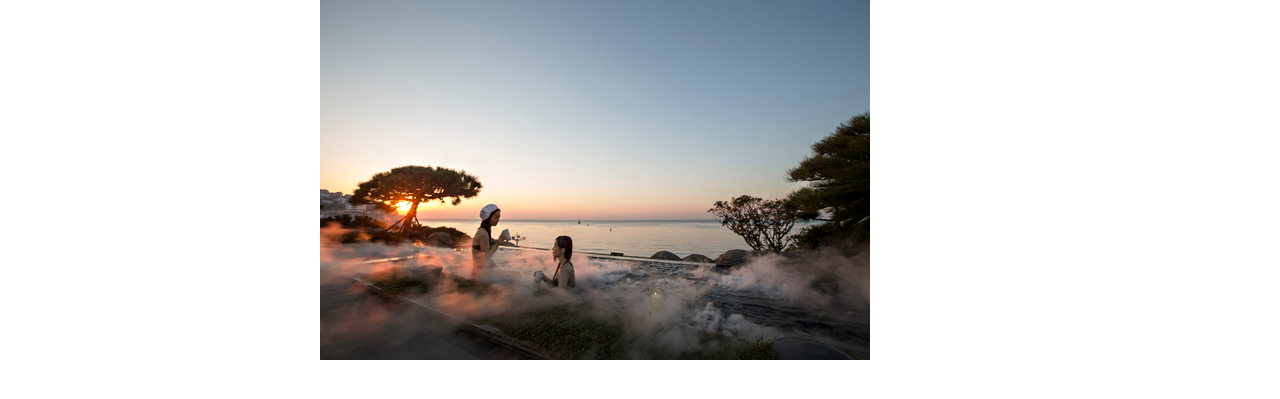
Repository: IreneCho/sk
Page: jqueryTest/WebContent/20160812/imageslide.html
An editor plug-in stored every save of this project. The page is shown before and after the next save, followed by the edit.
The browser window is 1280 px wide. The pictures show the whole page.
After loading, the first visible `#next` was clicked once.
Some web libraries are served in a nearby version.

Above is the page before, as saved 2016-08-12 08:36:38.

### jqueryTest/WebContent/20160812/imageslide.html

<!DOCTYPE HTML>
<html lang="en-US">
<head>
<meta charset="UTF-8">
<title></title>

<style type="text/css">
* {
	margin: 0;
	padding: 0;
}

ul, li {
	list-style: none;
}

#wrap {
	margin: 0 auto;
	width: 640px;
	height: 360px;
	overflow: hidden;
	position: relative;
}

#slideConteiner {
	width: 5120px;
	position: absolute;
	-webkit-transition: all 1.0s ease-in-out;
	-moz-transition: all 1.0s ease-in-out;
	-o-transition: all 1.0s ease-in-out;
}

#slideConteiner img {
	float: left;
}

#slideBar {
	position: relative;
	margin: 20px auto;
	width: 125px;
}

#slideBar a {
	float: left;
	width: 15px;
	height: 15px;
	background: url(imgs/dots.png) no-repeat;
}

#slideBar a.active {
	background-position: 0 -30px;
}
</style>
</head>
<body>
	<div id="wrap">
		<div id="slideConteiner">
			<img src="image/img4.jpg"id="imgTag" alt="" />
		</div>
		<button type="button" id="next"></button>
		<button type="button" id="pre"></button>
	</div>
	<script src="https://code.jquery.com/jquery-3.1.0.js"
		integrity="sha256-slogkvB1K3VOkzAI8QITxV3VzpOnkeNVsKvtkYLMjfk="
		crossorigin="anonymous"></script>
	<script>
		var arry = [ "image/img4.jpg", "image/img5.jpg", "image/img6.jpg" ]
		var count = 0;

		$("#next").click(function() {
			count++

		})

		/* $('img').attr('src', 'image/img2.jpg').attr('width', '100') */
	</script>
</body>
</html>

After the next save:
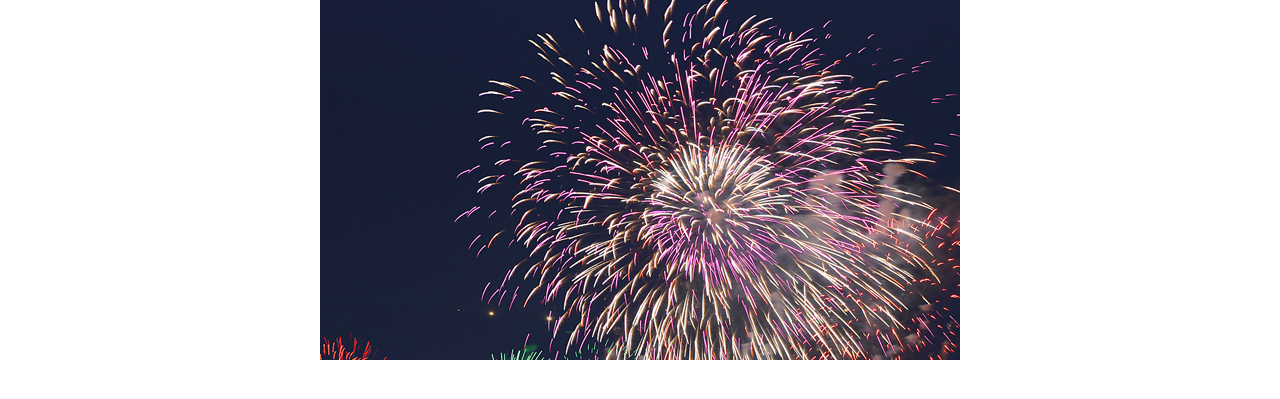
Saved 75 s later.
--- a/jqueryTest/WebContent/20160812/imageslide.html
+++ b/jqueryTest/WebContent/20160812/imageslide.html
@@ -70,7 +70,7 @@ ul, li {
 
 		$("#next").click(function() {
 			count++
-
+			$("#imgTag").attr('src', arry[count])
 		})
 
 		/* $('img').attr('src', 'image/img2.jpg').attr('width', '100') */
